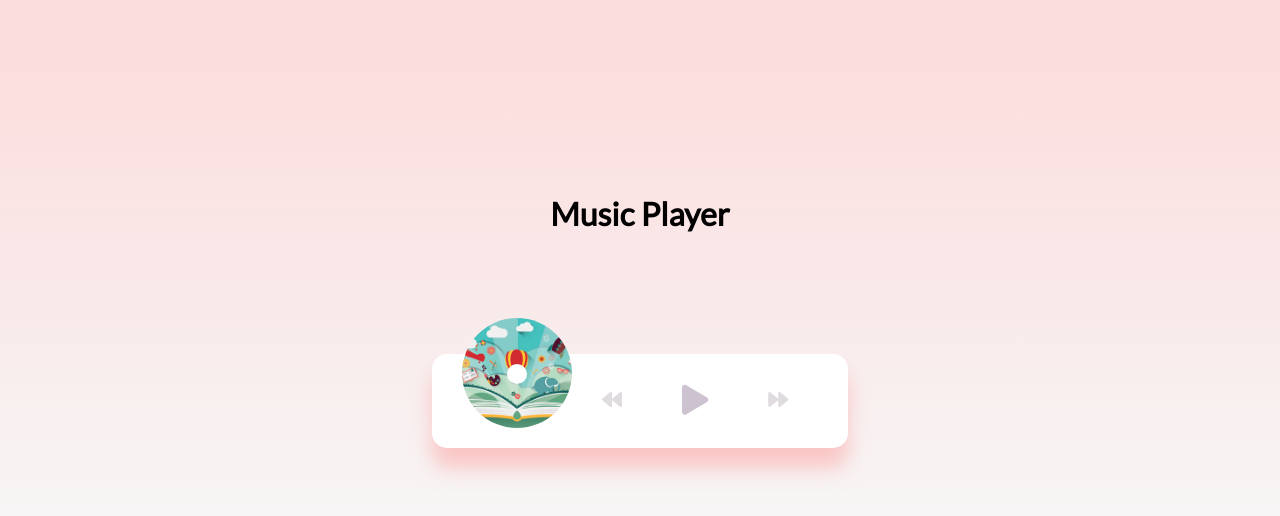
Repository: Hubert51/Touche
Page: tmp.html
These files come from the project's save history. The page is drawn as it stood at one moment and after the next save; the edit follows.
The browser window is 1280 px wide. The pictures show the whole page.
After loading, the first visible `#play` was clicked once.
Some web libraries are served in a nearby version.

Above is the page before, as saved 2021-10-16 00:35:03.

After the next save:
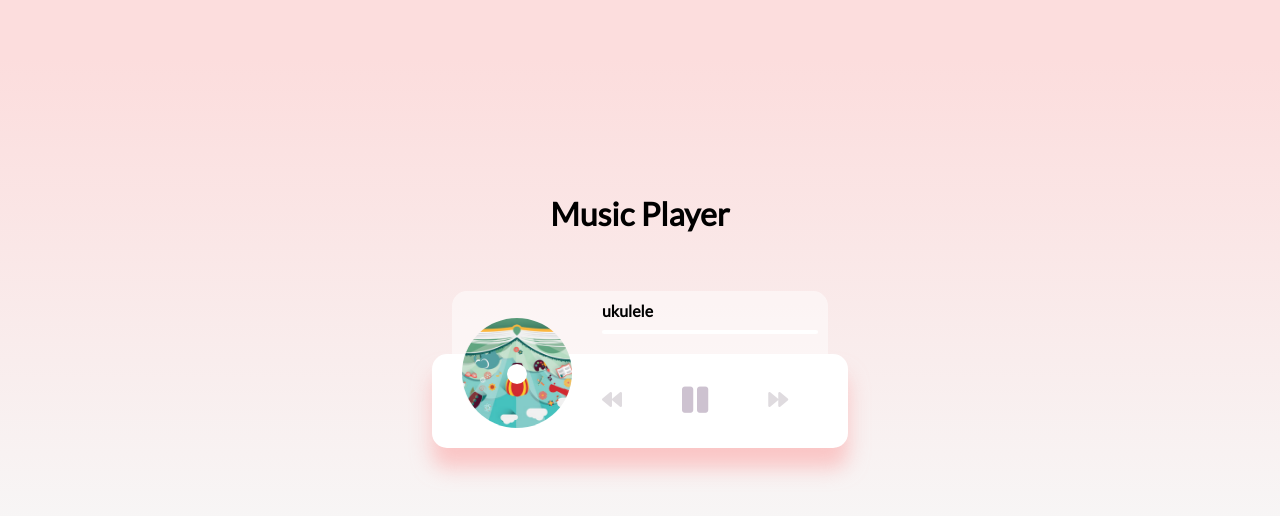
Saved 5 s later.
--- a/index.js
+++ b/index.js
@@ -106,7 +106,7 @@ function setProgress(e) {
 // });
 
 playBtn.addEventListener('click', () => {
-
+    updateData();
 });
 
 //change songs
